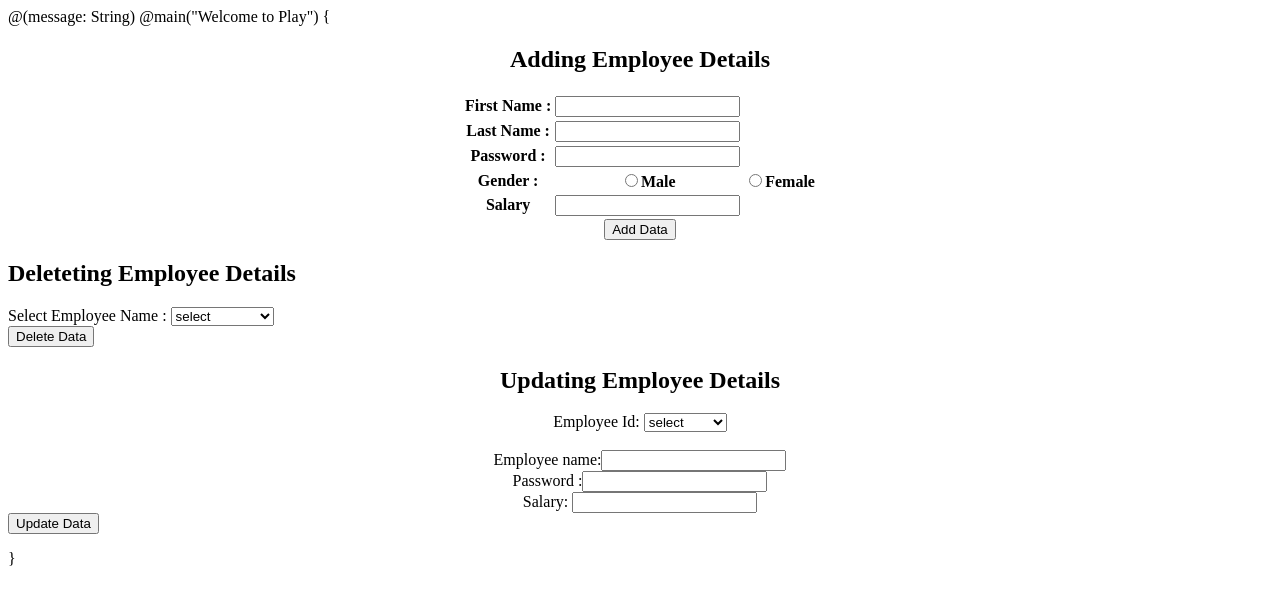
Repository: PoonamDeokar/SalesTool
Page: CrudDemo/app/views/index.scala.html
The author's editor kept a copy of each file at every save. The page is drawn from the files as they stood at one save, then again after the next save.
The browser window is 1280 px wide. The pictures show the whole page.

Above is the page before, as saved 2016-09-16 07:01:38.

After the next save:
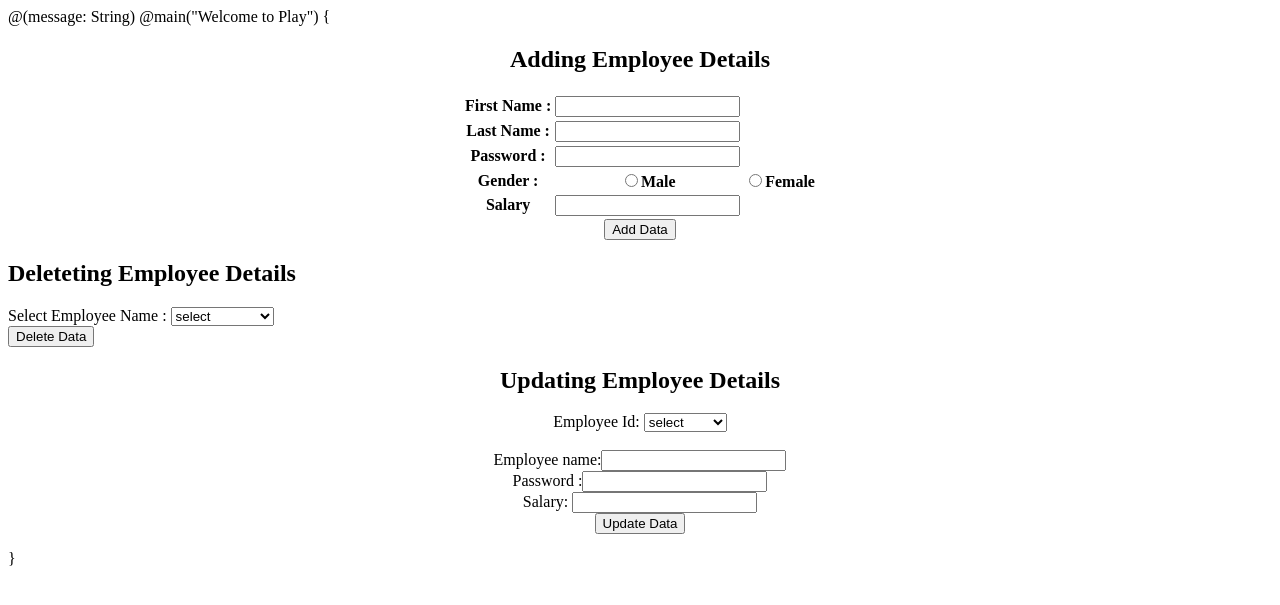
Saved 6 min 43 s later.
--- a/CrudDemo/app/views/index.scala.html
+++ b/CrudDemo/app/views/index.scala.html
@@ -61,8 +61,10 @@
     Employee name:<input type="text" name="fname"/><br>
     Password :<input type="password" name="pass"/><br>
     Salary: <input type="text" name="sal"/><br>
+
+    <input type="submit" value="Update Data"/>
 	</center>
-	<input type="submit" value="Update Data"/>
+
     </form>
 
 }
